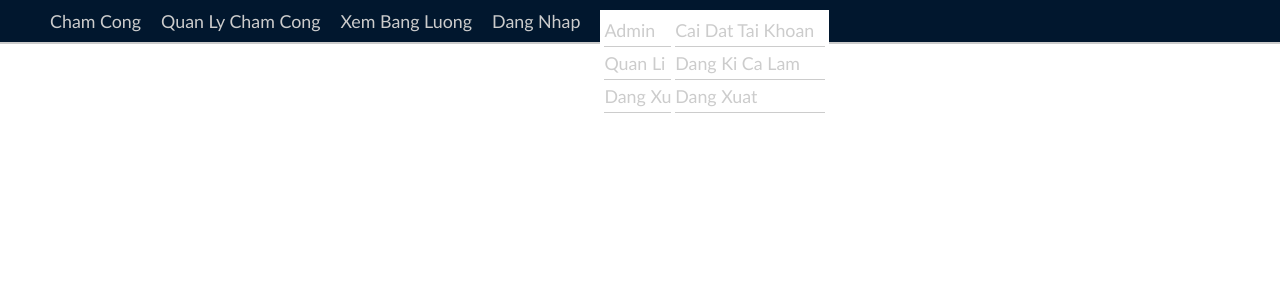
Repository: LDDUNG2003/a
Page: index.html
An editor plug-in stored every save of this project. The page is shown before and after the next save, followed by the edit.
The browser window is 1280 px wide. The pictures show the whole page.

Above is the page before, as saved 2023-10-13 23:49:44.

### index.html
<!DOCTYPE html>
<html lang="en">

<head>
    <meta charset="UTF-8">
    <meta name="viewport" content="width=device-width, initial-scale=1.0">
    <title>trang chu</title>
    <link rel="stylesheet" href="./controlView/css/base.css">
    <link rel="stylesheet" href="./controlView/css/index.css">
</head>

<body>
    <div class="main">
        <!-- start header -->
        <header class="app__header">
            <nav class="navBar">
                <ul class="navBar-list">
                    <li class="navBar--items"><a href="" class="navbar--link">Cham cong</a></li>
                    <li class="navBar--items"><a href="" class="navbar--link">Quan ly cham cong</a></li>
                    <li class="navBar--items">
                        <a href="" class="navbar--link">Xem bang luong</a></li>
                    <!-- login  -->
                    <li class="navBar--items">
                        <a href="" class="navbar--link">dang nhap</a></li>
                    <!-- admin menu -->
                    <li class="navBar--items">
                        admin
                        <ul class="account-list">
                            <li class="account--item"><a href="" class="navbar--link">admin</a></li>
                            <li class="account--item"><a href="" class="navbar--link">quan li nhan su</a></li>
                            <li class="account--item"><a href="" class="navbar--link">dang xuat</a></li>
                        </ul>
                    </li>
                    <!-- personnel menu -->
                    <li class="navBar--items">
                        account name
                        <ul class="account-list">
                            <li class="account--item"><a href="" class="navbar--link">cai dat tai khoan</a></li>
                            <li class="account--item"><a href="" class="navbar--link">dang ki ca lam</a></li>
                            <li class="account--item"><a href="" class="navbar--link">dang xuat</a></li>
                        </ul>
                    </li>
                </ul>
            </nav>
        </header>
        <!-- end header -->

        <!-- start content -->
        <div class="app__content">

        </div>
        <!-- end content -->
    </div>
</body>

</html>

### controlView/css/base.css
:root {
    --primary-color: #0066cc;
    --text-color: #ccc;
}

* {
    padding: 0px;
    margin: 0px;
    font-family: 'Trebuchet MS', 'Lucida Sans Unicode', 'Lucida Grande', 'Lucida Sans', Arial, sans-serif;
}

html,
body {
    font-size: 0.62rem;
}

.main {}

.app__header {
    width: 100%;
    border-bottom: solid 2px #ccc;
    background-color: #01172e;
}

.navBar {
    width: 100%;
    max-width: 1200px;
    margin: auto;
    cursor: pointer;
}

.navBar-list {
    display: flex;
    list-style: none;
}

.navBar--items {
    padding: 10px 10px;
    font-size: 1.8rem;
    position: relative;
    text-transform: capitalize;
    color: var(--text-color);
}

.navBar--items:hover {
    background-color: var(--text-color);
    color: #0066cc;
}

.navbar--link {
    text-decoration: none;
    color: inherit;
}

.account-list {
    position: absolute;
    width: 150px;
    /* display: none; */
    list-style: none;
    padding: 4px;
    color: var(--text-color);
    top: 10px;
    box-shadow: #414141;
    background-color: white;
}

.navBar--items:hover .account-list {
    display: block;
}

.account--item {
    padding: 5px 0px;
    border-bottom: solid 1px #ccc;
}

Loaded but not shown: controlView/css/index.css (no stored copy; drawn as an empty file)

After the next save:
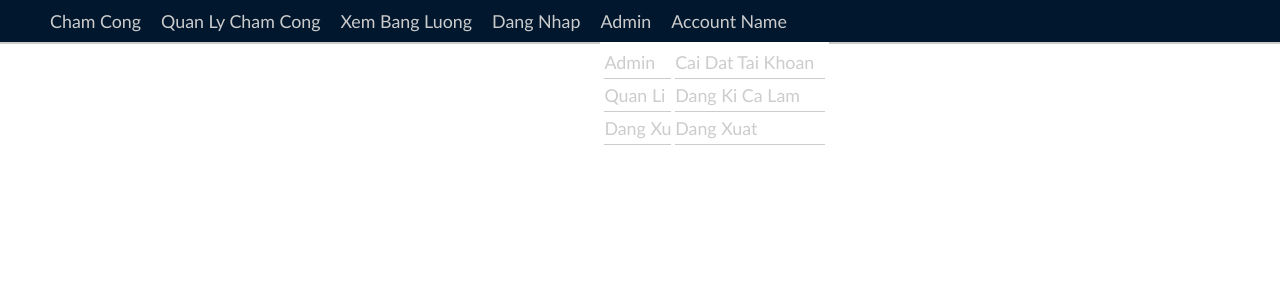
Saved 33 s later.
--- a/controlView/css/base.css
+++ b/controlView/css/base.css
@@ -59,7 +59,7 @@ body {
     list-style: none;
     padding: 4px;
     color: var(--text-color);
-    top: 10px;
+    top: 100%;
     box-shadow: #414141;
     background-color: white;
 }
